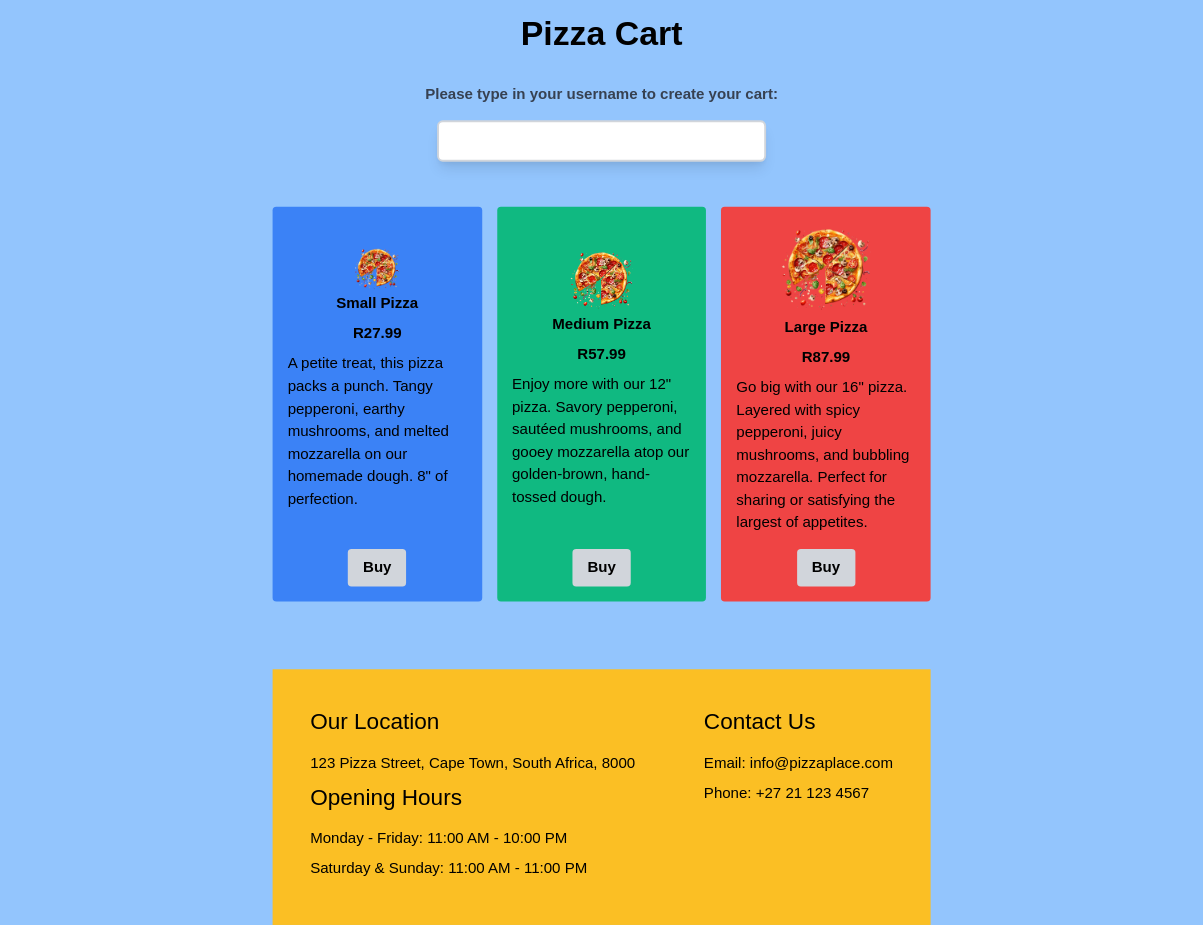
Repository: lasity34/pizza-cart-with-api
Page: index.html
The author's editor kept a copy of each file at every save. The page is drawn from the files as they stood at one save, then again after the next save.
The browser window is 1280 px wide. The pictures show the whole page, at 94% of full size.
The page's requests for data from a server got no answer. Some web fonts or font styles are not loaded; a fallback is used. Some web libraries are served in a nearby version.

Above is the page before, as saved 2023-07-16 18:20:17.
Console error (its wording comes from the project's code and is left out).

### index.html
<!DOCTYPE html>
<html lang="en">
  <head>
    <meta charset="UTF-8" />
    <meta name="viewport" content="width=device-width, initial-scale=1.0" />
    <title>Pizza Cart</title>
    <script src="//unpkg.com/alpinejs" defer></script>
    <link
      href="https://cdn.jsdelivr.net/npm/tailwindcss@2.1.2/dist/tailwind.min.css"
      rel="stylesheet"
    />
    <script
      src="https://cdnjs.cloudflare.com/ajax/libs/axios/1.4.0/axios.min.js"
      integrity="sha512-uMtXmF28A2Ab/JJO2t/vYhlaa/3ahUOgj1Zf27M5rOo8/+fcTUVH0/E0ll68njmjrLqOBjXM3V9NiPFL5ywWPQ=="
      crossorigin="anonymous"
      referrerpolicy="no-referrer"
    ></script>
    <link href="./style.css" rel="stylesheet" />
    <link rel="preconnect" href="https://fonts.googleapis.com" />
    <link rel="preconnect" href="https://fonts.gstatic.com" crossorigin />
    <link
      href="https://fonts.googleapis.com/css2?family=Titillium+Web:ital@0;1&family=Tsukimi+Rounded:wght@300;400;500&display=swap"
      rel="stylesheet"
    />
  </head>
  <body x-data="pizzaCart" class="bg-blue-300" x-cloak>

    <section class="flex justify-center items-center">
      <h1 class="text-4xl pt-4 font-bold">Pizza Cart</h1>
    </section>
    <section class="flex flex-col items-center mt-8 pb-4">
      <h3 class="text-md font-semibold mb-2 text-center text-gray-700">Please type in your username to create your cart:</h3>
      <input type="text" x-modal="username" class="w-1/2 mt-2 p-2 rounded-md border-2 border-gray-300 shadow-lg focus:outline-none focus:ring-2 focus:ring-blue-600" />
    </section>

    <section  x-show=" cartTotal > 0 "
  class="shop-container my-3 sm:my-4 p-4 sm:p-5 flex flex-col text-xs sm:text-sm justify-center items-center"
>
  <h2 class="text-xl sm:text-2xl mb-2 font-bold">Shopping Cart</h2>
  <div class="mt-4 flex flex-col items-center">
    <div>
        <section class="mt-6">
            <table class="table-auto w-full rounded-lg overflow-hidden shadow-lg max-w-md mx-auto">
                <thead class="bg-red-600">
                    <tr>
                        <th class="px-2 sm:px-3 py-1 text-left text-xs sm:text-sm font-bold font-medium text-white uppercase tracking-wider">Flavour</th>
                        <th class="px-2 sm:px-3 py-1 text-left text-xs sm:text-sm font-medium text-white uppercase tracking-wider">Size</th>
                        <th class="px-2 sm:px-3 py-1 text-left text-xs sm:text-sm font-medium text-white uppercase tracking-wider">Quantity</th>
                        <th class="px-2 sm:px-3 py-1 text-left text-xs sm:text-sm font-medium text-white uppercase tracking-wider">Price</th>
                        <th class="px-2 sm:px-3 py-1 text-left text-xs sm:text-sm font-medium text-white uppercase tracking-wider">Total</th>
                    </tr>
                </thead>
                <tbody class="bg-yellow-100 divide-y divide-gray-200 overflow-auto max-h-48 sm:max-h-56">

                    <template x-for="pizza in cartPizzas">
                        <tr>
                          <td class="px-1 sm:px-2 py-1 whitespace-nowrap font-bold text-xs sm:text-sm text-gray-500" x-text="pizza.flavour"></td>

                            <td class="px-2 sm:px-3 py-1 whitespace-nowrap font-bold text-xs sm:text-sm text-gray-500" x-text="pizza.size"></td>
                            <td class="px-2 sm:px-3 py-1 whitespace-nowrap font-bold text-xs sm:text-sm text-gray-500">
                                <div class="flex items-center justify-center">
                                    <button
                                        @click="addPizzaToCart(pizza.id)"
                                        class="bg-gray-200 hover:bg-gray-300 text-gray-800 font-bold py-1 px-2 sm:px-3 rounded-l"
                                    >
                                        +
                                    </button>
                                    <div x-text="pizza.qty" class="mx-1 sm:mx-2"></div>
                                    <button
                                        @click="removePizzaFromCart(pizza.id)"
                                        class="bg-gray-200 hover:bg-gray-300 text-gray-800 font-bold py-1 px-2 sm:px-3 rounded-r"
                                    >
                                        -
                                    </button>
                                </div>
                            </td>
                            <td class="px-2 sm:px-3 py-1 whitespace-nowrap text-xs sm:text-sm font-bold text-gray-500">
                                R<span x-text="pizza.price"></span>
                            </td>
                            <td class="px-2 sm:px-3 py-1 whitespace-nowrap text-xs sm:text-sm font-bold text-gray-500">
                                R<span x-text="(pizza.qty * pizza.price).toFixed(2)"></span>
                            </td>
                        </tr>
                    </template>
                </tbody>
            </table>
        </section>
    </div>
    <div class="flex justify-center mt-2 sm:mt-4">
      <p class="font-bold">Total Cost</p>
      <p class="ml-3 sm:ml-5 font-bold">
        R<span x-text="(cartTotal).toFixed(2)">0.00</span>
      </p>
    </div>
    <div class="mt-2 sm:mt-4">
      <span x-text="message"></span>
    </div>

    <div class="mt-2 sm:mt-4"  x-cloak>
      <label class="font-bold">Payment Amount:</label>
      <input
        placeholder="Enter payment here"
        type="number"
        step="0.01"
        class="rounded ml-1 sm:ml-2 py-1 sm:py-2"
        x-model="paymentAmount"
      />
    </div>
    <div class="mt-3 sm:mt-6">
      <button
        x-cloak
        @click="payForCart()"
        class="bg-gray-300 hover:bg-gray-400 py-1 sm:py-2 px-4 sm:px-8 rounded font-bold"
      >
        <span>Pay</span>
      </button>
    </div>
  </div>
</section>




    <section class="pizza_columns mt-8">
      <div
        class="flex flex-col gap-4 mx-auto items-center lg:items-stretch lg:flex-row justify-center"
      >
        <div
          class="flex bg-blue-500 rounded p-4 w-4/5 lg:w-4/5 flex-grow flex-shrink flex flex-col justify-between text-black items-center"
        >
          <div class="flex-grow flex flex-col items-center justify-center">
            <img src="./pizza.png" width="50" />
            <h3 class="mb-2 font-bold">Small Pizza</h3>
            <h3 class="mb-2 font-bold">R27.99</h3>
            <p class="mb-4">
              A petite treat, this pizza packs a punch. Tangy pepperoni, earthy
              mushrooms, and melted mozzarella on our homemade dough. 8" of
              perfection.
            </p>
          </div>
          <button
            @click=""
            :disabled="smallAdded"
            class="bg-gray-300 hover:bg-gray-400 transition-colors duration-300 py-2 px-4 rounded font-bold"
          >
            Buy
          </button>
        </div>
        <div
          class="pizza_md bg-green-500 rounded p-4 w-4/5 lg:w-4/5 flex-grow flex-shrink flex flex-col justify-between text-black items-center"
        >
          <div class="flex-grow flex flex-col items-center justify-center">
            <img src="./pizza.png" width="70" />
            <h3 class="mb-2 font-bold">Medium Pizza</h3>
            <h3 class="mb-2 font-bold">R57.99</h3>
            <p class="mb-4">
              Enjoy more with our 12" pizza. Savory pepperoni, sautéed
              mushrooms, and gooey mozzarella atop our golden-brown, hand-tossed
              dough.
            </p>
          </div>
          <button
            @click=""
            :disabled="mediumAdded"
            class="bg-gray-300 hover:bg-gray-400 transition-colors duration-300 py-2 px-4 rounded font-bold"
          >
            Buy
          </button>
        </div>
        <div
          class="pizza_lg bg-red-500 rounded p-4 w-4/5 lg:w-4/5 flex-grow flex-shrink flex flex-col justify-between text-black items-center"
        >
          <div class="flex-grow flex flex-col items-center justify-center">
            <img src="./pizza.png" width="100" />
            <h3 class="mb-2 font-bold">Large Pizza</h3>
            <h3 class="mb-2 font-bold">R87.99</h3>
            <p class="mb-4">
              Go big with our 16" pizza. Layered with spicy pepperoni, juicy
              mushrooms, and bubbling mozzarella. Perfect for sharing or
              satisfying the largest of appetites.
            </p>
          </div>
          <button
            @click=""
            :disabled="largeAdded"
            class="bg-gray-300 hover:bg-gray-400 transition-colors duration-300 py-2 px-4 rounded font-bold"
          >
            Buy
          </button>
        </div>
      </div>
    </section>
    <!-- all pizzas display -->
    <section class="mt-8">
        <div class="flex flex-col items-center">
            <template x-for="pizza in pizzas">
                <div class="flex items-center border-b border-gray-200 bg-yellow-200 shadow-lg rounded-lg px-4 py-4 my-3 w-full max-w-xl">
                    <div class="w-24 h-24 flex-shrink-0">
                        <img src="./pizza.png" class="w-full h-full object-cover rounded-lg" />
                    </div>
                    <div class="ml-4 flex-grow flex justify-between w-3/4 items-center">
                        <h5 class="ml-2 text-lg font-bold text-black" x-text="pizza.flavour"></h5>
                        <p class="text-lg text-black mt-5 mb-4 mr-6 font-bold">R<span x-text="pizza.price"></span></p>
                    </div>
                    <div>
                        <button @click="addPizzaToCart(pizza.id)" class="bg-gray-600 hover:bg-gray-700 text-white font-bold py-2 px-4 rounded">Buy</button>
                    </div>
                </div>
            </template>
        </div>
    </section>



    <footer class="bg-yellow-400 text-black mt-10 p-10">
      <div class="container mx-auto flex justify-between">
        <div>
          <h2 class="text-2xl mb-4">Our Location</h2>
          <p class="mb-2">123 Pizza Street, Cape Town, South Africa, 8000</p>

          <h2 class="text-2xl mb-4">Opening Hours</h2>
          <p class="mb-2">Monday - Friday: 11:00 AM - 10:00 PM</p>
          <p class="mb-2">Saturday & Sunday: 11:00 AM - 11:00 PM</p>
        </div>
        <div>
          <h2 class="text-2xl mb-4">Contact Us</h2>
          <p class="mb-2">Email: info@pizzaplace.com</p>
          <p class="mb-2">Phone: +27 21 123 4567</p>
        </div>
      </div>
    </footer>

    <div
      x-show="show"
      x-transition:enter="transition ease-out duration-300"
      x-transition:enter-start="opacity-0 transform scale-90"
      x-transition:enter-end="opacity-100 transform scale-100"
      x-transition:leave="transition ease-in duration-300"
      x-transition:leave-start="opacity-100 transform scale-100"
      x-transition:leave-end="opacity-0 transform scale-90"
      class="fixed inset-0 flex items-center justify-center z-50"
    >
      <div class="bg-green-800 text-white rounded p-5 shadow-lg">
        <p x-text="message"></p>
      </div>
    </div>

    <script src="./pizza.js"></script>
  </body>
</html>

### style.css

body {
    max-width: 700px;
    margin: 0 auto;

font-family: 'Tsukimi Rounded', sans-serif;
}

.shop-container {
    background-color: rgb(205, 190, 50);
    max-width: 95%;
    margin: 1em auto;
}

input::-webkit-outer-spin-button,
input::-webkit-inner-spin-button {
  -webkit-appearance: none;
  margin: 0;
}

input[type="number"] {
  -moz-appearance: textfield;
 text-indent: 10px;
}

[x-cloak] { display: none; }

### pizza.js
function pizzaCart() {
  return {
    quantity: 0,
    paymentAmount: 0,
    message: "",
    usernameMessage: '',
    show: false,
    lastMessageAdded: "",
    pizzas: [],
    cartPizzas: [],
    username: "",
    cartId: "",
    cartTotal: 0.0,
    // increment(size) {
    //   if (size === "small" && this.smallAdded) {
    //     this.smallAmount++;
    //   } else if (size === "medium" && this.mediumAdded) {
    //     this.mediumAmount++;
    //   } else if (size === "large" && this.largeAdded) {
    //     this.largeAmount++;
    //   }
    // },
    // buy(size) {
    //   if (size === "small") {
    //     this.smallAdded = true;
    //     this.smallAmount++; // increment the small pizza count
    //     this.message = "Small Pizza has been added";
    //   } else if (size === "medium") {
    //     this.mediumAdded = true;
    //     this.mediumAmount++; // increment the medium pizza count
    //     this.message = "Medium Pizza has been added";
    //   } else if (size === "large") {
    //     this.largeAdded = true;
    //     this.largeAmount++; // increment the large pizza count
    //     this.message = "Large Pizza has been added";
    //   }
    //   this.toggleModal();
    // },
    // decrement(size) {
    //   if (size === "small" && this.smallAmount > 0 && this.smallAdded) {
    //     this.smallAmount--;
    //     if (this.smallAmount === 0) this.smallAdded = false;
    //   }
    //   if (size === "medium" && this.mediumAmount > 0 && this.mediumAdded) {
    //     this.mediumAmount--;
    //     if (this.mediumAmount === 0) this.mediumAdded = false;
    //   }
    //   if (size === "large" && this.largeAmount > 0 && this.largeAdded) {
    //     this.largeAmount--;
    //     if (this.largeAmount === 0) this.largeAdded = false;
    //   }
    // },
    // total() {
    //   return (
    //     this.smallAmount * this.prices.small +
    //     this.mediumAmount * this.prices.medium +
    //     this.largeAmount * this.prices.large
    //   );
    // },
    // paymentTotal() {
    //   if (this.paymentAmount < this.total()) {
    //     this.payMessage = `<p class='flex bg-red-600 text-white py-2 px-4 font-bold text-lg my-3 py-1'>R${(
    //       this.total() - this.paymentAmount
    //     ).toFixed(2)} is needed</p>`;
    //     setTimeout(() => {
    //       this.payMessage = "";
    //     }, 2000);
    //   } else if (this.paymentAmount > this.total()) {
    //     this.payMessage = `<p class='flex bg-red-600 text-white py-2 px-4 font-bold text-lg my-3 py-1'>There is R${(
    //       this.paymentAmount - this.total()
    //     ).toFixed(2)} too much</p>`;
    //     setTimeout(() => {
    //       this.payMessage = "";
    //     }, 2000);
    //   } else if (this.paymentAmount == this.total() && this.total() !== 0) {
    //     this.payMessage =
    //       "<p class='flex bg-green-600 text-white py-2 px-4 font-bold text-lg my-3 py-1'>Enjoy your pizzas<p>";
    //     this.reset();
    //     setTimeout(() => {
    //       this.payMessage = "";
    //     }, 2000);
    //   }
    // },
    toggleModal() {
      this.show = !this.show;
      if (this.show) {
        setTimeout(() => {
          this.show = false;
        }, 2000); // Close after 2 seconds
      }
    },
    reset() {
      this.smallAmount = 0;
      this.mediumAmount = 0;
      this.largeAmount = 0;
      this.paymentAmount = 0;
      this.message = "";

      this.smallAdded = false;
      this.mediumAdded = false;
      this.largeAdded = false;
      this.show = false;
    },

    // API

    createCart() {

      if (!this.username) {
        this.usernameMessage = 'Please enter you username'
      }

      const cartid = localStorage["cartId"];
      const createCartURL = `https://pizza-api.projectcodex.net/api/pizza-cart/create?username=${this.username}`;

      if (cartid) {
        this.cartId = cartid;
      } else {
        return axios.get(createCartURL).then((result) => {
          this.cartId = result.data.cart_code;
          localStorage["cartId"] = this.cartId;
        });
      }
    },

    getCart() {
      const getCartURL = `https://pizza-api.projectcodex.net/api/pizza-cart/${this.cartId}/get`;
      return axios.get(getCartURL);
    },

    addPizza(pizzaId) {
      return axios.post(
        "https://pizza-api.projectcodex.net/api/pizza-cart/add",
        {
          cart_code: this.cartId,
          pizza_id: pizzaId,
        }
      );
    },
    removePizza(pizzaId) {
      return axios.post(
        "https://pizza-api.projectcodex.net/api/pizza-cart/remove",
        {
          cart_code: this.cartId,
          pizza_id: pizzaId,
        }
      );
    },
    pay(amount) {
      return axios.post(
        "https://pizza-api.projectcodex.net/api/pizza-cart/pay",
        {
          cart_code: this.cartId,
          amount,
        }
      );
    },
    showCartData() {
      this.getCart().then((result) => {
        const cartData = result.data;
        this.cartPizzas = cartData.pizzas;
        this.cartTotal = cartData.total;
      });
    },
    init() {
      axios
        .get("https://pizza-api.projectcodex.net/api/pizzas")
        .then((result) => {
          this.pizzas = result.data.pizzas;
        });

      if (!this.cartId) {
        this.createCart().then(() => {
          this.showCartData();
        });
      }

      this.showCartData();
    },
    addPizzaToCart(pizzaId) {
      this.addPizza(pizzaId).then(() => {
        this.showCartData();
      });
    },
    removePizzaFromCart(pizzaId) {
      this.removePizza(pizzaId).then(() => {
        this.showCartData();
      });
    },
    payForCart() {
      this.pay(this.paymentAmount).then((result) => {
        if (result.data.status === "failure") {
          this.message = result.data.message;
          setTimeout(() => (this.message = ""), 3000);
        } else {
          this.message = "Payment Received";

          setTimeout(() => {
            this.message = "";
            this.cartPizzas = [];
            this.cartTotal = 0.0;
            this.cartId = "";
            localStorage['cartId']
            this.paymentAmount = 0;
            this.createCart();
          }, 3000);
        }
      });
    },
  };
}

document.addEventListener("alpine:init", () => {
  Alpine.data("pizzaCart", pizzaCart);
});

After the next save:
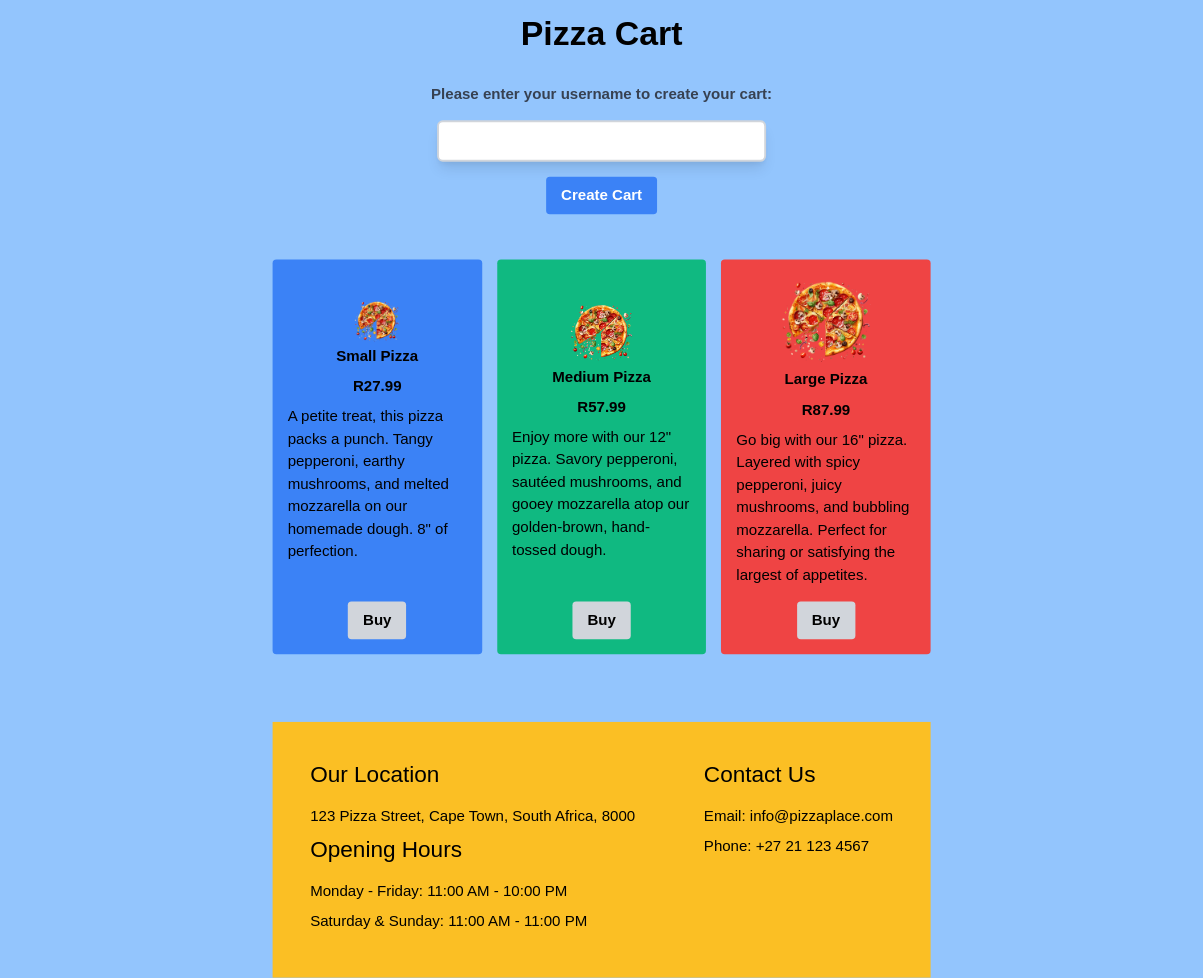
Saved 101 s later.
--- a/index.html
+++ b/index.html
@@ -29,9 +29,11 @@
       <h1 class="text-4xl pt-4 font-bold">Pizza Cart</h1>
     </section>
     <section class="flex flex-col items-center mt-8 pb-4">
-      <h3 class="text-md font-semibold mb-2 text-center text-gray-700">Please type in your username to create your cart:</h3>
+      <h3 class="text-md font-semibold mb-2 text-center text-gray-700">Please enter your username to create your cart:</h3>
       <input type="text" x-modal="username" class="w-1/2 mt-2 p-2 rounded-md border-2 border-gray-300 shadow-lg focus:outline-none focus:ring-2 focus:ring-blue-600" />
-    </section>
+      <button class="mt-4 bg-blue-500 hover:bg-blue-700 text-white font-bold py-2 px-4 rounded">Create Cart</button>
+    </section>
+
 
     <section  x-show=" cartTotal > 0 "
   class="shop-container my-3 sm:my-4 p-4 sm:p-5 flex flex-col text-xs sm:text-sm justify-center items-center"
